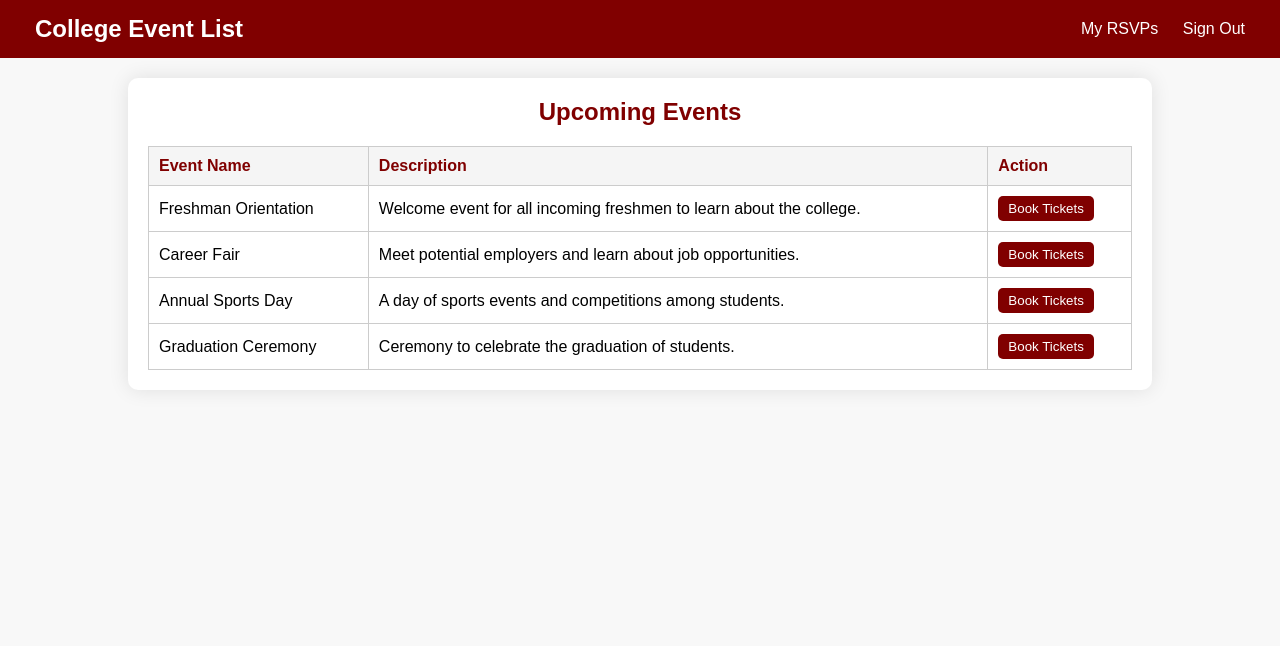
Repository: krypton-arch/CollegeEvent
Page: CollegeEvent/src/main/webapp/home.html
The author's editor kept a copy of each file at every save. The page is drawn from the files as they stood at one save, then again after the next save.
The browser window is 1280 px wide. The pictures show the whole page.

Above is the page before, as saved 2024-10-29 16:37:22.

### CollegeEvent/src/main/webapp/home.html
<!DOCTYPE html>
<html lang="en">
<head>
    <meta charset="UTF-8">
    <meta name="viewport" content="width=device-width, initial-scale=1.0">
    <link rel="stylesheet" href="styles2.css">
    <title>College Event Management</title>
</head>
<body>
    <nav class="navbar">
        <h1>College Event List</h1>
        <div class="nav-links">
            <a href="my_rsvps.html">My RSVPs</a>
            <a href="login.html">Sign Out</a>
        </div>
    </nav>

    <div class="container">
        <h2>Upcoming Events</h2>
        <table>
            <thead>
                <tr>
                    <th>Event Name</th>
                    <th>Description</th>
                    <th>Action</th>
                </tr>
            </thead>
            <tbody>
                <tr>
                    <td>Freshman Orientation</td>
                    <td>Welcome event for all incoming freshmen to learn about the college.</td>
                    <td><button class="btn" onclick="registerEvent('Freshman Orientation')">Book Tickets</button></td>
                </tr>
                <tr>
                    <td>Career Fair</td>
                    <td>Meet potential employers and learn about job opportunities.</td>
                    <td><button class="btn" onclick="registerEvent('Career Fair')">Book Tickets</button></td>
                </tr>
                <tr>
                    <td>Annual Sports Day</td>
                    <td>A day of sports events and competitions among students.</td>
                    <td><button class="btn" onclick="registerEvent('Annual Sports Day')">Book Tickets</button></td>
                </tr>
                <tr>
                    <td>Graduation Ceremony</td>
                    <td>Ceremony to celebrate the graduation of students.</td>
                    <td><button class="btn" onclick="registerEvent('Graduation Ceremony')">Book Tickets</button></td>
                </tr>
            </tbody>
        </table>
    </div>

    <div class="popup" id="popup">
        <span class="popup-close" onclick="closePopup()">×</span>
        <p id="popup-message"></p>
    </div>

    <script>
        function registerEvent(eventName) {
            // Trigger the servlet call
            fetch('BookingServlet', {
                method: 'POST',
                headers: {
                    'Content-Type': 'application/json',
                },
                body: JSON.stringify({ event: eventName })
            })
            .then(response => response.json())
            .then(data => {
                if (data.success) {
                    showPopup(`You have registered for ${eventName}.`);
                } else {
                    showPopup('Registration failed. Please try again.');
                }
            })
            .catch(error => {
                showPopup('An error occurred: ' + error.message);
            });
        }

        function showPopup(message) {
            document.getElementById('popup-message').innerText = message;
            document.getElementById('popup').style.display = 'block';
        }

        function closePopup() {
            document.getElementById('popup').style.display = 'none';
        }
    </script>
</body>
</html>

### CollegeEvent/src/main/webapp/styles2.css
@charset "ISO-8859-1";

* {
    box-sizing: border-box;
    margin: 0;
    padding: 0;
}

body {
    font-family: Arial, sans-serif;
    background-color: #f8f8f8; /* Light cream background */
}

.navbar {
    display: flex;
    justify-content: space-between;
    align-items: center;
    background-color: maroon; /* Maroon navbar */
    color: white;
    padding: 15px;
}

.navbar h1 {
    margin-left: 20px;
}

.nav-links {
    margin-right: 20px;
}

.nav-links a {
    color: white;
    text-decoration: none;
    margin-left: 20px;
}

.nav-links a:hover {
    text-decoration: underline;
}

.container {
    padding: 20px;
    margin: 20px auto;
    width: 80%;
    background-color: #ffffff; /* White box */
    border-radius: 10px;
    box-shadow: 0 0 20px rgba(0, 0, 0, 0.1);
}

h2 {
    text-align: center;
    color: maroon;
    margin-bottom: 20px;
}

table {
    width: 100%;
    border-collapse: collapse;
}

th, td {
    border: 1px solid #ccc;
    padding: 10px;
    text-align: left;
}

th {
    background-color: #f5f5f5; /* Light cream header */
    color: maroon;
}

.btn {
    padding: 5px 10px;
    background-color: maroon;
    color: white;
    border: none;
    border-radius: 5px;
    cursor: pointer;
    transition: background-color 0.3s;
}

.btn:hover {
    background-color: #6a0f0f; /* Darker maroon on hover */
}

.popup {
    display: none;
    position: fixed;
    left: 50%;
    top: 50%;
    transform: translate(-50%, -50%);
    background-color: white;
    padding: 20px;
    border: 1px solid #ccc;
    border-radius: 10px;
    box-shadow: 0 0 20px rgba(0, 0, 0, 0.1);
    z-index: 1000;
}

.popup-close {
    cursor: pointer;
    color: maroon;
    float: right;
}

.popup-close:hover {
    text-decoration: underline;
}

After the next save:
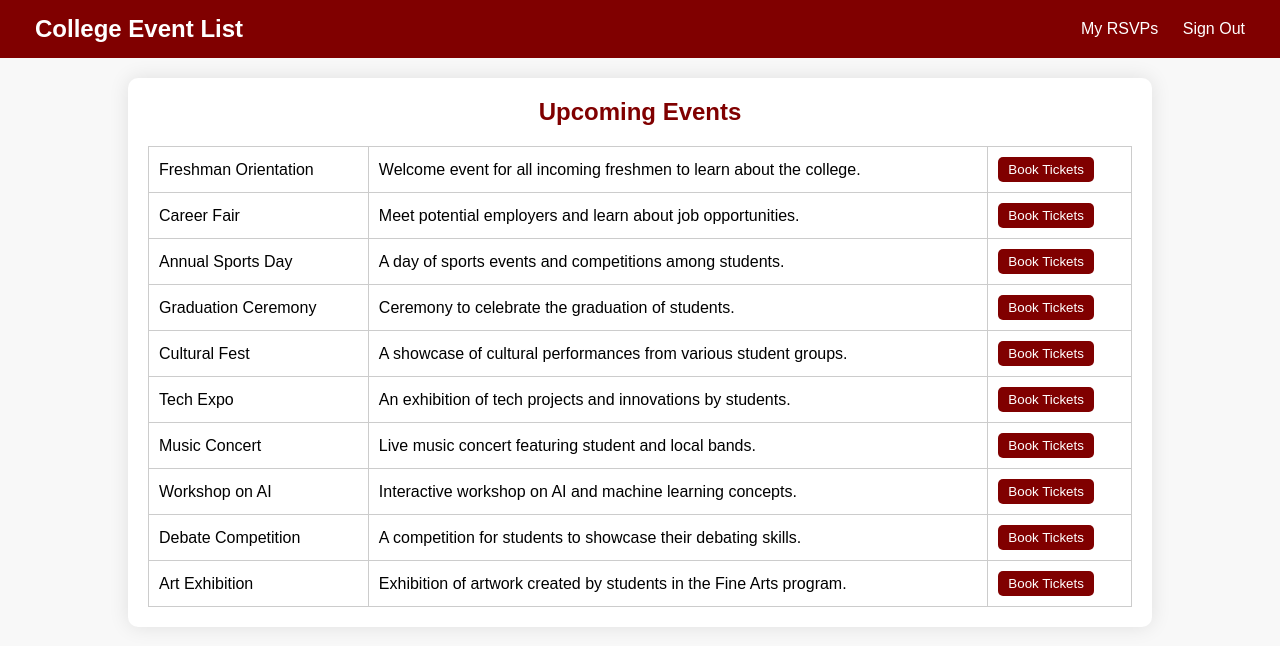
Saved 72 min 9 s later.
--- a/CollegeEvent/src/main/webapp/home.html
+++ b/CollegeEvent/src/main/webapp/home.html
@@ -18,12 +18,6 @@
     <div class="container">
         <h2>Upcoming Events</h2>
         <table>
-            <thead>
-                <tr>
-                    <th>Event Name</th>
-                    <th>Description</th>
-                    <th>Action</th>
-                </tr>
             </thead>
             <tbody>
                 <tr>
@@ -46,9 +40,40 @@
                     <td>Ceremony to celebrate the graduation of students.</td>
                     <td><button class="btn" onclick="registerEvent('Graduation Ceremony')">Book Tickets</button></td>
                 </tr>
+                <tr>
+                    <td>Cultural Fest</td>
+                    <td>A showcase of cultural performances from various student groups.</td>
+                    <td><button class="btn" onclick="registerEvent('Cultural Fest')">Book Tickets</button></td>
+                </tr>
+                <tr>
+                    <td>Tech Expo</td>
+                    <td>An exhibition of tech projects and innovations by students.</td>
+                    <td><button class="btn" onclick="registerEvent('Tech Expo')">Book Tickets</button></td>
+                </tr>
+                <tr>
+                    <td>Music Concert</td>
+                    <td>Live music concert featuring student and local bands.</td>
+                    <td><button class="btn" onclick="registerEvent('Music Concert')">Book Tickets</button></td>
+                </tr>
+                <tr>
+                    <td>Workshop on AI</td>
+                    <td>Interactive workshop on AI and machine learning concepts.</td>
+                    <td><button class="btn" onclick="registerEvent('Workshop on AI')">Book Tickets</button></td>
+                </tr>
+                <tr>
+                    <td>Debate Competition</td>
+                    <td>A competition for students to showcase their debating skills.</td>
+                    <td><button class="btn" onclick="registerEvent('Debate Competition')">Book Tickets</button></td>
+                </tr>
+                <tr>
+                    <td>Art Exhibition</td>
+                    <td>Exhibition of artwork created by students in the Fine Arts program.</td>
+                    <td><button class="btn" onclick="registerEvent('Art Exhibition')">Book Tickets</button></td>
+                </tr>
             </tbody>
         </table>
     </div>
+
 
     <div class="popup" id="popup">
         <span class="popup-close" onclick="closePopup()">×</span>
